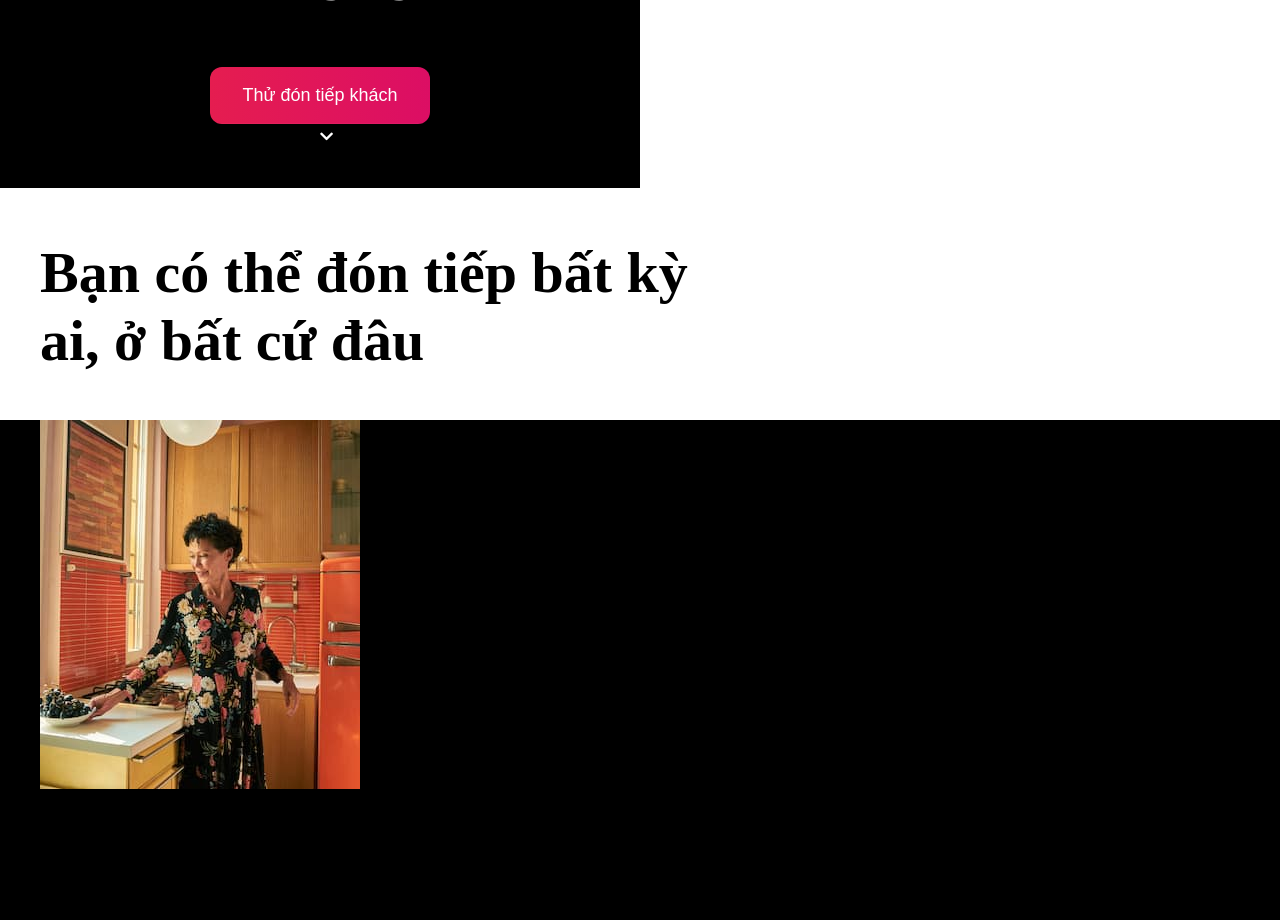
Repository: HoanTiny/AirbnbClone
Page: page3.html
These files come from the project's save history. The page is drawn as it stood at one moment and after the next save; the edit follows.
The browser window is 1280 px wide. The pictures show the part of the page from y = 532 to 1484 px (the page is 1452 px tall before and 1724 px after).
Pictures or frames that could not be fetched are drawn as grey boxes.

Above is the page before, as saved 2021-09-13 10:01:07.

After the next save:
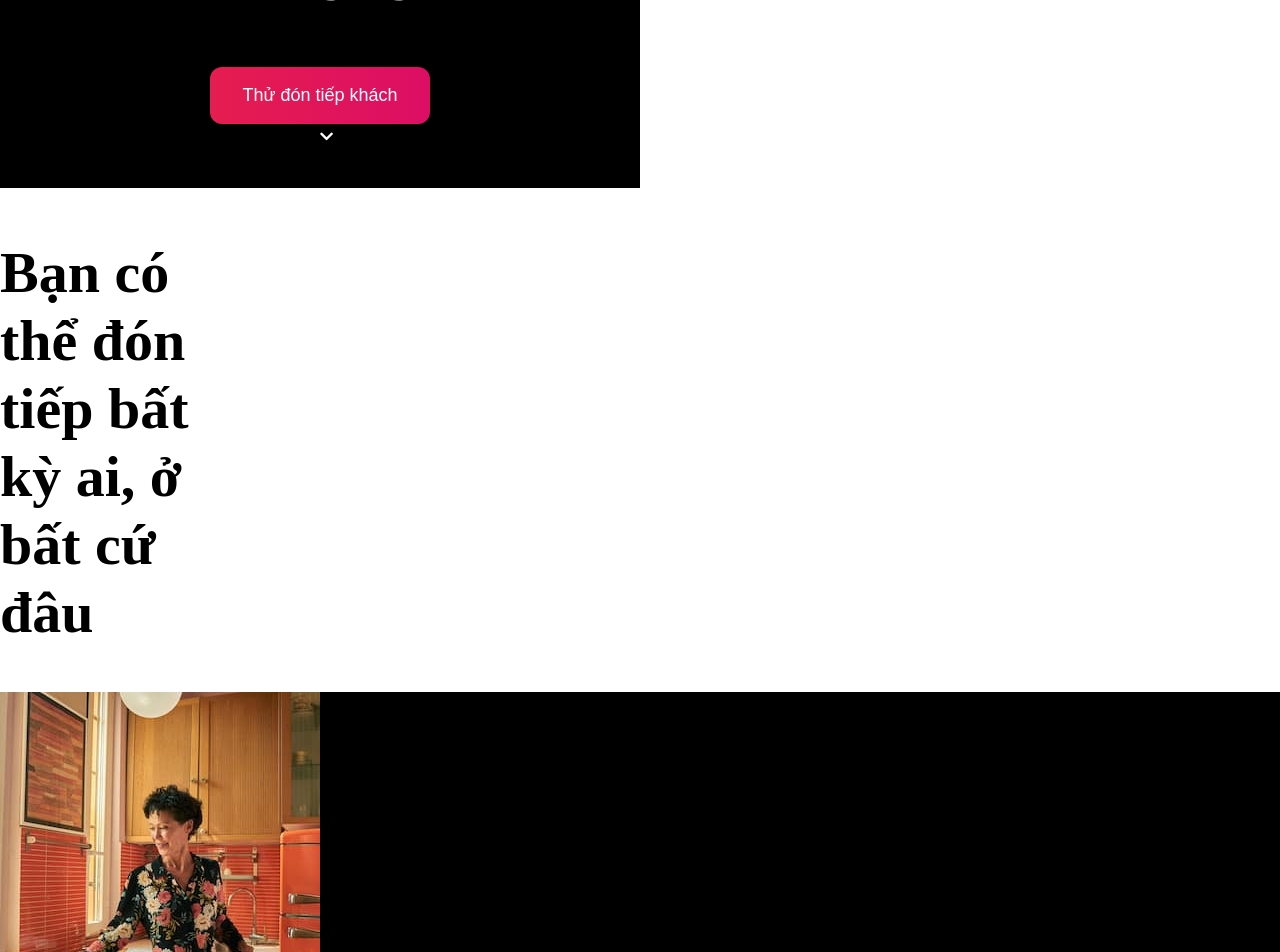
Saved 20 s later.
--- a/acess/css/mainpage3.css
+++ b/acess/css/mainpage3.css
@@ -77,6 +77,7 @@ body {
 
 .content__heading {
     position: relative;
+    width: 320px;
 }
 
 .content__heading-top {
